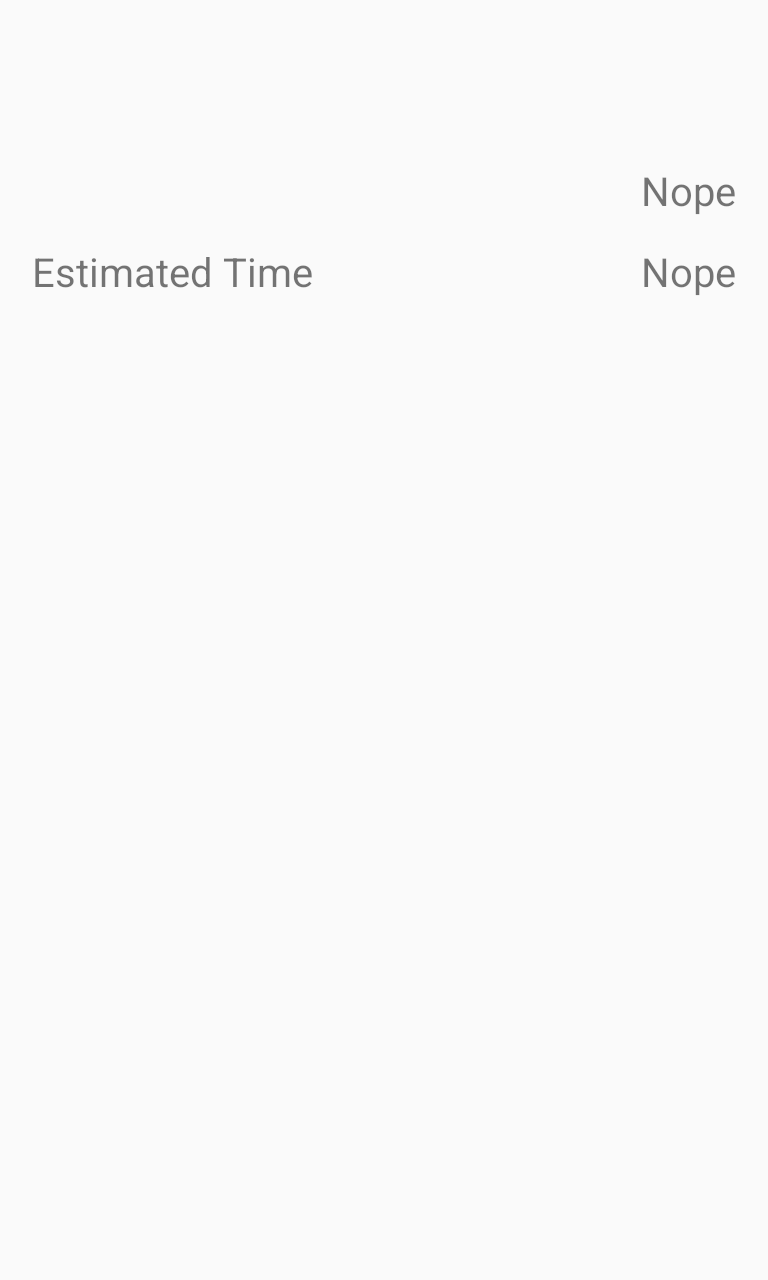
Repository: ag-chirag/brainwaves_enigma
Layout: mobile/Brainwaves/QLess/res/layout/activity_status.xml
The author's editor kept a copy of each file at every save. The layout is drawn from the files as they stood at one save, then again after the next save.
It is drawn on a 768 x 1280 px phone screen (xhdpi) without system bars, with theme AppTheme; the app's code is not run.

Above is the layout before, as saved 2014-11-08 18:01:09.

After the next save:
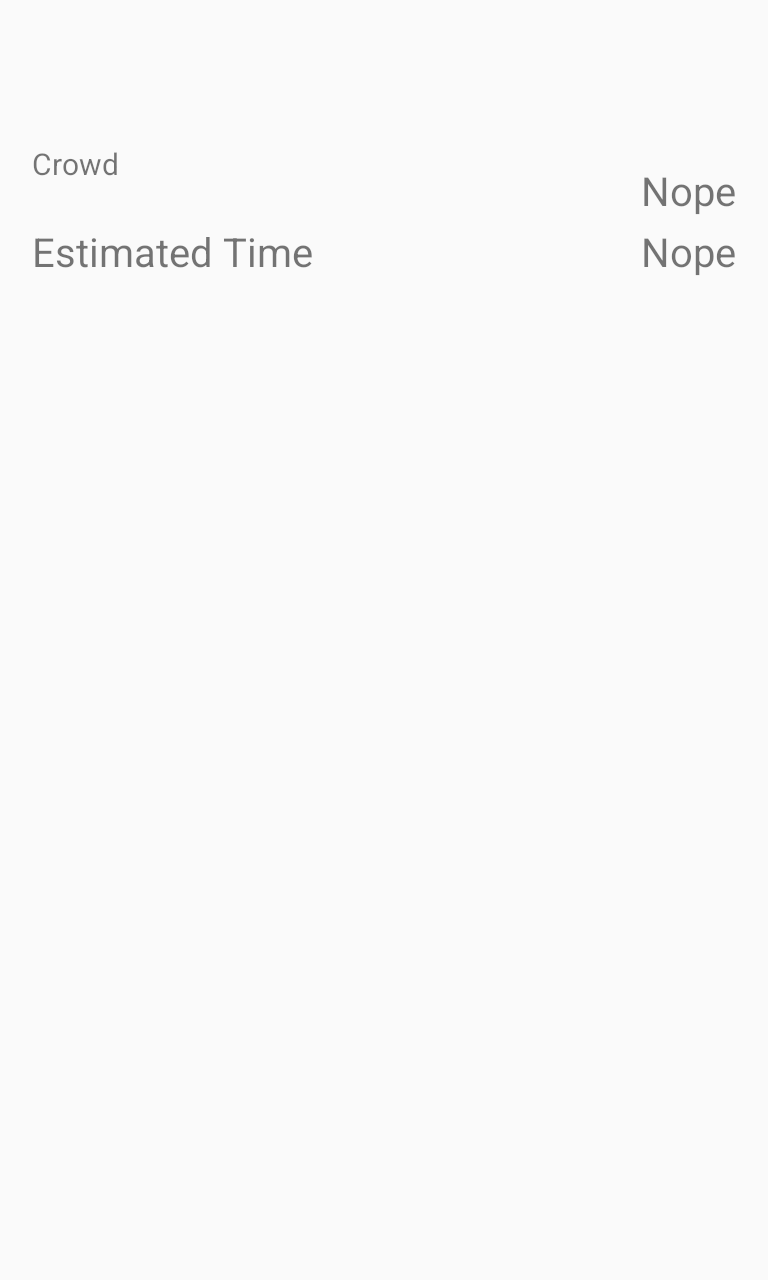
Saved 62 s later.
--- a/mobile/Brainwaves/QLess/res/layout/activity_status.xml
+++ b/mobile/Brainwaves/QLess/res/layout/activity_status.xml
@@ -23,9 +23,9 @@
        	android:layout_width="wrap_content"
        	android:layout_height="wrap_content"
        	android:id="@+id/textview2"
-       	android:text="@+id/crowd"
+       	android:text="@string/crowd"
        	android:layout_below="@+id/textview1"
-       	android:layout_marginTop="20dp"
+       	android:layout_marginTop="10dp"
        	android:gravity="left"
         android:textSize="15sp"
         />
